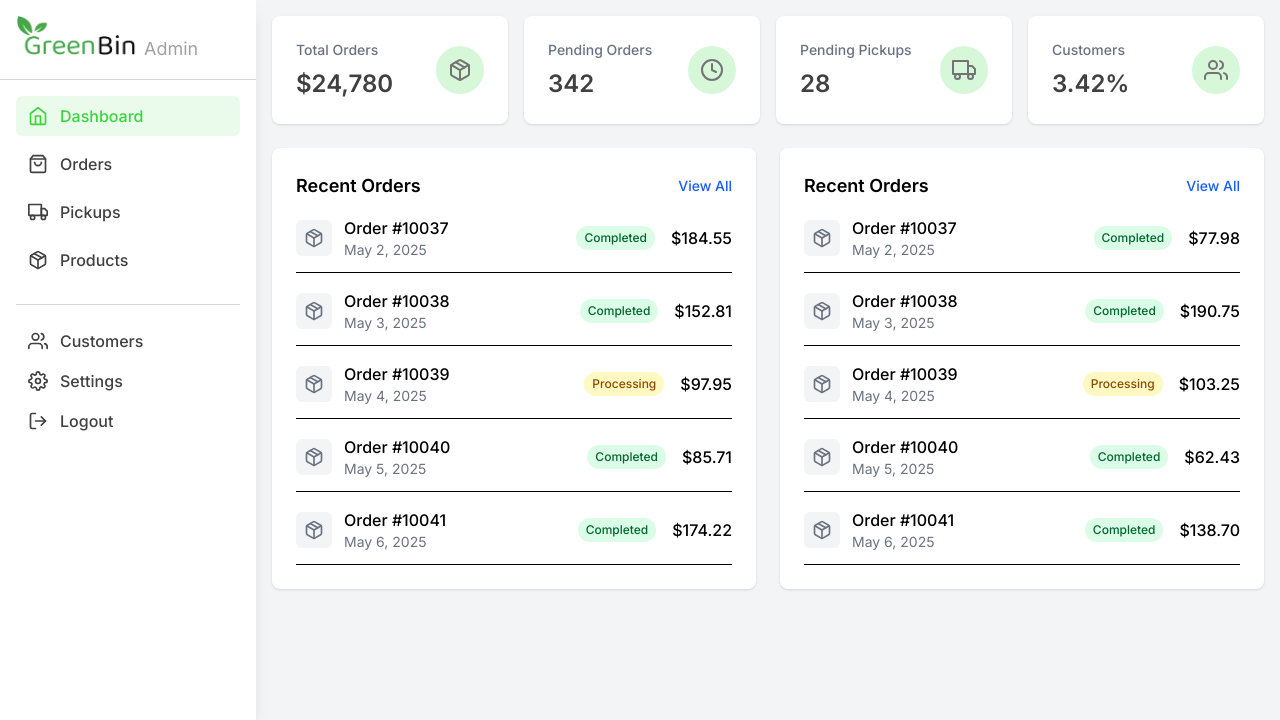
Repository: Siddhu123456/Plastic-Waste-Management
Page: /dashboard (app in frontend/)
An editor plug-in stored every save of this project. The page is shown before and after the next save, followed by the edit.
The browser window is 1280 px wide. The pictures show the whole page.
The project was rebuilt for these pictures with package versions that can differ from the ones it lists, and the page was loaded fresh each time. Also part of the build but not shown: frontend/vite.config.js, frontend/src/components/ProductCard.jsx, frontend/src/components/TrendingProductsCarousel.jsx, frontend/src/pages/Home.jsx, frontend/src/components/FilterBar.jsx, frontend/src/components/Loader.jsx, frontend/src/pages/customer/Shop.jsx, frontend/src/pages/customer/Recycle.jsx and 23 more. Imported but missing from the stored project, and not drawn on this page: frontend/src/pages/Help, frontend/src/pages/customer/WishList.

Above is the page before, as saved 2025-05-06 21:17:27.

### frontend/src/index.css
@import url('https://fonts.googleapis.com/css2?family=Fugaz+One&family=Montserrat:ital@0;1&display=swap');
@import url('https://fonts.googleapis.com/css2?family=Inter:ital,opsz,wght@0,14..32,100..900;1,14..32,100..900&display=swap');
@import "tailwindcss";


@custom-variant dark (&:where(.dark, .dark *));


@theme{
  --color-ow : #f5f5f5;
  --color-dbg : #000803;
  --color-dsc : #1e221f;
  --color-dtc : #313532;
  --color-lgg : #3bd440;
  --color-tc : #1e1e1e;
  --color-lgd : #2aa12e;
  --color-bl: #1D2A35;
  --color-lg-trans : rgba(69, 167, 72, 0.3);
}

@layer components {
  .pri-btn {
    @apply text-white cursor-pointer text-center rounded-lg bg-lgg hover:bg-lgd transition duration-300
  }
  .white-btn {
    @apply text-lgg cursor-pointer text-center rounded-2xl bg-ow transition duration-300
  }
  .trans-btn{
    @apply border text-center rounded-2xl cursor-pointer border-lgg text-lgg hover:bg-lgg hover:text-white transition
  }

  .white-trans-btn{
    @apply border text-center rounded-2xl cursor-pointer border-white text-white transition duration-300
  }
}

@layer utilities{
  .no-scrollbar::-webkit-scrollbar {
    display: none;
}
.no-scrollbar {
    -ms-overflow-style: none;
    scrollbar-width: none;
}
}

:root{
  font-family: "Inter", sans-serif;
  background-color: #f5f5f5;
  box-sizing: border-box;
  overflow-x: hidden;
}


input[type='range'] {
  pointer-events: all;
  height: 0;
}

input[type='range']::-webkit-slider-thumb {
  appearance: none;
  height: 16px;
  width: 16px;
  background: #22c55e;
  border-radius: 9999px;
  cursor: pointer;
  border: none;
}

input[type='range']::-moz-range-thumb {
  height: 16px;
  width: 16px;
  background: #22c55e;
  border-radius: 9999px;
  cursor: pointer;
  border: none;
}

### frontend/src/App.jsx
import { CartProvider } from './components/CartContext.jsx';
import AppRoutes from './routes/AppRoutes.jsx'


const App = () => (
    <CartProvider>
        <AppRoutes />
    </CartProvider>
)

export default App;

### frontend/src/components/CartContext.jsx
import { createContext, useContext, useState } from "react";

const CartContext = createContext();

export const CartProvider = ({ children }) => {
  const [cartCount, setCartCount] = useState(0);

  return (
    <CartContext.Provider value={{ cartCount, setCartCount }}>
      {children}
    </CartContext.Provider>
  );
};

export const useCart = () => useContext(CartContext);

### frontend/src/routes/AppRoutes.jsx
import { BrowserRouter as Router, Routes, Route } from 'react-router-dom'

import Home from '../pages/Home'
import Help from '../pages/Help'
import Shop from '../pages/customer/Shop'
import Recycle from '../pages/customer/Recycle'
import Cart from '../pages/customer/Cart'
import WishList from '../pages/customer/WishList'
import ProductOverview from '../pages/customer/ProductOverview'
import ScrollToTop from './ScrollToTop'
import Layout from '../components/Layout'
import Wallet from '../pages/customer/Wallet'
import OrderHistory from '../pages/customer/OrderHistory'
import OrderSummary from '../pages/customer/OrderSummary'
import PickupHistory from '../pages/customer/PickupHistory'
import CustomerProfile from '../pages/customer/CustomerProfile'
import ProductForm from '../pages/admin/ProductForm'
import Dashboard from '../pages/admin/Dashboard'
import Orders from '../pages/admin/Orders'
import AdminLayout from '../pages/admin/AdminLayout'

const AppRoutes = () => {
  return (
    <Router>
      <ScrollToTop />
      <Routes>
        {/* Routes using main Layout */}
        <Route element={<Layout />}>
          <Route path='/' element={<Home />} />
          <Route path='/recycle' element={<Recycle />} />
          <Route path='/shop' element={<Shop />} />
          <Route path='/help' element={<Help />} />
          <Route path='/cart' element={<Cart />} />
          <Route path='/favorites' element={<WishList />} />
          <Route path='/wallet' element={<Wallet />} />
          <Route path='/product/:id' element={<ProductOverview />} />
          <Route path='/orders' element={<OrderHistory />} />
          <Route path='/orders/:id' element={<OrderSummary />} />
          <Route path='/pickups' element={<PickupHistory />} />
          <Route path='/cprofile' element={<CustomerProfile />} />
          <Route path='/pform' element={<ProductForm />} />
        </Route>

        <Route element={<AdminLayout />}>
          <Route path='/dashboard' element={<Dashboard />} />
          <Route path='/allorders' element={<Orders />} />
        </Route>

      </Routes>
    </Router>
  )
}

export default AppRoutes

### frontend/src/routes/ScrollToTop.jsx
import { useEffect } from "react";
import { useLocation } from "react-router-dom";

const ScrollToTop = () => {
    const {pathname} = useLocation()
    useEffect(() => {
        window.scrollTo(0,0)
    },[pathname])

    return null
}

export default ScrollToTop;

### frontend/src/pages/admin/Dashboard.jsx
import {
    FiClock,
    FiBarChart2,
    FiPackage,
    FiShoppingBag,
    FiCheckCircle,
    FiTruck,
    FiXCircle,
    FiUsers
  } from 'react-icons/fi';

  import StatCard from '../../components/StatCard';
  import ActivityItem from '../../components/ActivityItem';

  const Dashboard = () => {
    return (
      <div className="space-y-6">
        {/* Stats Cards */}
        <div className="grid grid-cols-1 sm:grid-cols-2 lg:grid-cols-4 gap-4">
          <StatCard
            title="Total Orders"
            value="$24,780"
            icon={<FiPackage className="h-6 w-6" />}
          />
          <StatCard
            title="Pending Orders"
            value="342"
            icon={<FiClock className="h-6 w-6" />}
          />
          <StatCard
            title="Pending Pickups"
            value="28"
            icon={<FiTruck className="h-6 w-6" />}
          />
          <StatCard
            title="Customers"
            value="3.42%"
            icon={<FiUsers className="h-6 w-6" />}
          />
        </div>

        {/* Recent Orders */}
        <div className="grid grid-cols-1 lg:grid-cols-2 gap-6">
          <div className="bg-white rounded-lg shadow p-6">
            <div className="flex justify-between items-center mb-4">
              <h3 className="text-lg font-semibold">Recent Orders</h3>
              <button className="text-blue-600 text-sm font-medium">View All</button>
            </div>
            <div className="space-y-4">
              {/* Order Items */}
              {[1, 2, 3, 4, 5].map((order) => (
                <div key={order} className="flex justify-between items-center border-b pb-3">
                  <div className="flex items-center">
                    <div className="rounded-md bg-gray-100 p-2">
                      <FiPackage className="h-5 w-5 text-gray-500" />
                    </div>
                    <div className="ml-3">
                      <p className="font-medium">Order #{10036 + order}</p>
                      <p className="text-sm text-gray-500">May {order + 1}, 2025</p>
                    </div>
                  </div>
                  <div className="flex items-center">
                    <span className={`px-2 py-1 rounded-full text-xs font-medium ${
                      order % 3 === 0 ? 'bg-yellow-100 text-yellow-800' : 'bg-green-100 text-green-800'
                    }`}>
                      {order % 3 === 0 ? 'Processing' : 'Completed'}
                    </span>
                    <span className="ml-4 font-medium">${(Math.random() * 200 + 50).toFixed(2)}</span>
                  </div>
                </div>
              ))}
            </div>
          </div>

          <div className="bg-white rounded-lg shadow p-6">
            <div className="flex justify-between items-center mb-4">
              <h3 className="text-lg font-semibold">Recent Orders</h3>
              <button className="text-blue-600 text-sm font-medium">View All</button>
            </div>
            <div className="space-y-4">
              {/* Order Items */}
              {[1, 2, 3, 4, 5].map((order) => (
                <div key={order} className="flex justify-between items-center border-b pb-3">
                  <div className="flex items-center">
                    <div className="rounded-md bg-gray-100 p-2">
                      <FiPackage className="h-5 w-5 text-gray-500" />
                    </div>
                    <div className="ml-3">
                      <p className="font-medium">Order #{10036 + order}</p>
                      <p className="text-sm text-gray-500">May {order + 1}, 2025</p>
                    </div>
                  </div>
                  <div className="flex items-center">
                    <span className={`px-2 py-1 rounded-full text-xs font-medium ${
                      order % 3 === 0 ? 'bg-yellow-100 text-yellow-800' : 'bg-green-100 text-green-800'
                    }`}>
                      {order % 3 === 0 ? 'Processing' : 'Completed'}
                    </span>
                    <span className="ml-4 font-medium">${(Math.random() * 200 + 50).toFixed(2)}</span>
                  </div>
                </div>
              ))}
            </div>
          </div>
        </div>

      </div>
    );
  };

  export default Dashboard;

### frontend/src/pages/admin/AdminLayout.jsx
import React, { useState } from "react";
import { FiMenu } from "react-icons/fi";
import Sidebar from "../../components/Sidebar";
import { Outlet } from "react-router-dom";
import LogoGBB from '../../assets/images/logoGBB.png'


const AdminLayout = () => {
  const [sidebarOpen, setSidebarOpen] = useState(false);
  const [activePage, setActivePage] = useState('dashboard');

  const toggleSidebar = () => {
    setSidebarOpen(!sidebarOpen);
  };

  return (
    <div className="flex h-screen bg-gray-100 dark:bg-dsc">
      {/* Sidebar */}
      <Sidebar
        activePage={activePage}
        setActivePage={setActivePage}
        sidebarOpen={sidebarOpen}
        toggleSidebar={toggleSidebar}
      />

      {/* Main Content */}
      <div className="flex flex-col flex-1 xl:ml-64">
        {/* Top bar with menu toggle */}
        <header className="bg-white shadow-sm z-10 xl:hidden">
          <div className="px-4 py-1 flex items-center gap-4">
            <button
              onClick={toggleSidebar}
              className="mr-2 text-gray-600 focus:outline-none"
            >
              <FiMenu className="h-6 w-6" />
            </button>
            <div className=" flex items-baseline gap-2">
              <img className="w-30" src={LogoGBB} alt="GreenBin" />
              <p className="text-lg text-neutral-400">Admin</p>
            </div>
          </div>
        </header>

        {/* Page content */}
        <main className="flex-1 p-4 overflow-auto">
          <Outlet />
        </main>
      </div>

      {/* Overlay to close sidebar on mobile */}
      {sidebarOpen && (
        <div
          className="fixed inset-0 bg-black/50 z-40 xl:hidden"
          onClick={toggleSidebar}
        />
      )}
    </div>
  );
};

export default AdminLayout;

### frontend/src/components/StatCard.jsx
const StatCard = ({ title, value, icon }) => {
    return (
      <div className="bg-white rounded-lg shadow p-6">
        <div className="flex items-center justify-between">
          <div>
            <p className="text-sm font-medium text-gray-500">{title}</p>
            <p className="text-2xl text-neutral-700 font-semibold mt-2">{value}</p>
          </div>
          <div className="p-3 rounded-full text-neutral-500 bg-lgg/20">
            {icon}
          </div>
        </div>
      </div>
    );
  };

  export default StatCard;

### frontend/src/components/Sidebar.jsx
import {
  FiHome,
  FiShoppingBag,
  FiTruck,
  FiPackage,
  FiUsers,
  FiSettings,
  FiLogOut,
  FiX
} from 'react-icons/fi';
import LogoGBB from '../assets/images/logoGBB.png'
import SidebarItem from './SidebarItem';

const Sidebar = ({ activePage, setActivePage, sidebarOpen, toggleSidebar }) => {
  return (
    <div className={`fixed inset-y-0 left-0 top-0 z-50 w-64 bg-white shadow-lg transform transition-transform duration-200 xl:translate-x-0 ${sidebarOpen ? 'translate-x-0' : '-translate-x-full'}`}>
      <div className="flex items-center justify-between p-4 border-b border-neutral-300">
        <div className=" flex items-baseline gap-2">
          <img className="w-30" src={LogoGBB} alt="GreenBin" />
          <p className="text-lg text-neutral-400">Admin</p>
        </div>
        <button onClick={toggleSidebar} className="p-2 rounded-md xl:hidden">
          <FiX className="h-6 w-6" />
        </button>
      </div>
      <div className="p-4">
        <nav className="flex flex-col gap-2">
          <SidebarItem
            icon={<FiHome className="h-5 w-5" />}
            title="Dashboard"
            val="dashboard"
            active={activePage === 'dashboard'}
            onClick={() => setActivePage('dashboard')}
          />
          <SidebarItem
            icon={<FiShoppingBag className="h-5 w-5" />}
            title="Orders"
            val="allorders"
            active={activePage === 'orders'}
            onClick={() => setActivePage('orders')}
          />
          <SidebarItem
            icon={<FiTruck className="h-5 w-5" />}
            title="Pickups"
            active={activePage === 'pickups'}
            onClick={() => setActivePage('pickups')}
          />
          <SidebarItem
            icon={<FiPackage className="h-5 w-5" />}
            title="Products"
            active={activePage === 'products'}
            onClick={() => setActivePage('products')}
          />
          <div className="pt-4 mt-4 border-t border-neutral-300">
            <SidebarItem
              icon={<FiUsers className="h-5 w-5" />}
              title="Customers"
              active={activePage === 'customers'}
              onClick={() => setActivePage('customers')}
            />
            <SidebarItem
              icon={<FiSettings className="h-5 w-5" />}
              title="Settings"
              active={activePage === 'settings'}
              onClick={() => setActivePage('settings')}
            />
            <SidebarItem
              icon={<FiLogOut className="h-5 w-5" />}
              title="Logout"
              active={false}
            />
          </div>
        </nav>
      </div>
    </div>
  );
};

export default Sidebar;

### frontend/src/components/SidebarItem.jsx
import { Link } from "react-router-dom";

const SidebarItem = ({ icon, title,val, active, onClick }) => {
    return (
    <Link to={`/${val}`}>
          <button
        onClick={onClick}
        className={`flex items-center w-full px-3 py-2 rounded-md transition-colors cursor-pointer ${
          active ? 'bg-lgg/10 text-lgg' : 'text-neutral-700 hover:bg-lgg/10'
        }`}
      >
        <span className="mr-3">{icon}</span>
        <span className="font-medium">{title}</span>
      </button>
    </Link>
    )
  }

  export default SidebarItem;

Loaded but not shown: frontend/index.html (common file); frontend/src/main.jsx (common file)

After the next save:
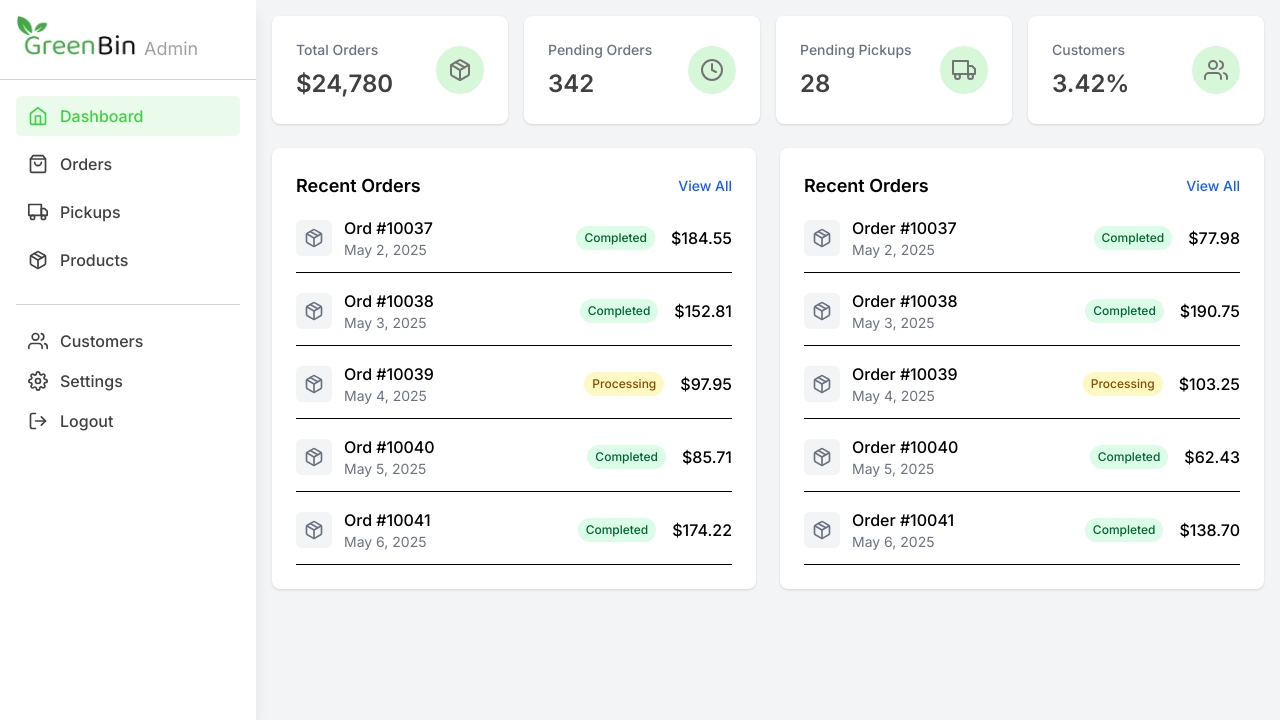
Saved 36 s later.
--- a/frontend/src/pages/admin/Dashboard.jsx
+++ b/frontend/src/pages/admin/Dashboard.jsx
@@ -55,7 +55,7 @@ import {
                       <FiPackage className="h-5 w-5 text-gray-500" />
                     </div>
                     <div className="ml-3">
-                      <p className="font-medium">Order #{10036 + order}</p>
+                      <p className="font-medium">Ord #{10036 + order}</p>
                       <p className="text-sm text-gray-500">May {order + 1}, 2025</p>
                     </div>
                   </div>
